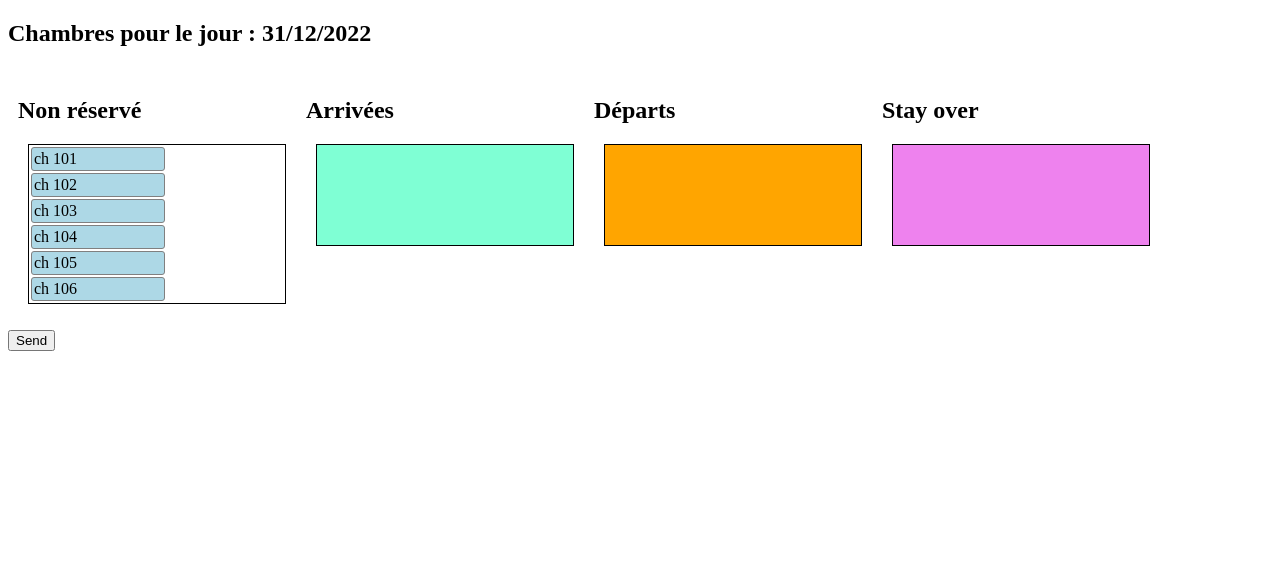
Repository: boschierob/order-app
Page: drag.html
An editor plug-in stored every save of this project. The page is shown before and after the next save, followed by the edit.
The browser window is 1280 px wide. The pictures show the whole page.
Some web libraries are served in a nearby version.

Above is the page before, as saved 2023-01-01 00:40:03.

### drag.html
<!DOCTYPE html>
<html lang="en">

<head>
  <meta charset="UTF-8">
  <meta http-equiv="X-UA-Compatible" content="IE=edge">
  <meta name="viewport" content="width=device-width, initial-scale=1.0">
  <link rel="stylesheet" href="http://code.jquery.com/ui/1.9.2/themes/base/jquery-ui.css" />
  <script type="text/javascript" src="http://code.jquery.com/jquery.min.js"></script>
  <script type="text/javascript" src="http://code.jquery.com/ui/1.9.2/jquery-ui.js"></script>
  <script type="text/javascript" src="http://www.pureexample.com/js/lib/jquery.ui.touch-punch.min.js"></script>


  <!-- CSS -->
  <style type="text/css">
    .items-container {
      display: flex;
    }

    .items-container>div {
      margin: 10px;
    }

    .list {
      max-width: 50%;
      background-color: lightblue;
      border: 1px solid gray;
    }

    .items .ui-selected {
      background: red;
      color: white;
      font-weight: bold;
    }

    .items {
      list-style-type: none;
      margin-left: 10px;
      padding: 0;
      width: 20vw;
      border: 1px solid;
      min-height: 100px;
    }

    .g {
      background-color: aquamarine;
    }

    .o {
      background-color: orange;
    }

    .z {
      background-color: violet;
    }

    .items li {
      margin: 2px;
      padding: 2px;
      cursor: pointer;
      border-radius: 3px;
    }



    .highlight {
      border: 2px solid red;
      font-weight: bold;
    }
  </style>

  <title>Document</title>
</head>
<!-- HTML -->

<body>
  <h2 id="date"> Chambres pour le jour : <span id="today"></span></h2>

  <div class="items-container">
    <div>
      <h2>Non réservé</h2>
      <ul id="items1" class="items ">

        <li class="list">ch 101</li>
        <li class="list">ch 102</li>
        <li class="list">ch 103</li>
        <li class="list">ch 104</li>
        <li class="list">ch 105</li>
        <li class="list">ch 106</li>
      </ul>
    </div>

    <div>
      <h2>Arrivées</h2>
      <ul id="items2" class="items g">
      </ul>

    </div>

    <div>
      <h2>Départs</h3>
        <ul id="items3" class="items o">


        </ul>

    </div>

    <div>
      <h2>Stay over</h4>
        <ul id="items4" class="items z">


        </ul>
    </div>
  </div>
  <button onclick="sendData()">Send</button>

  <!-- Javascript -->
<script>
  function sendData(){
    let arrivals = document.getElementById("items2").innerText.split('\n')
    let departures = document.getElementById("items3").innerText.split('\n')
    let so = document.getElementById("items4").innerText.split('\n')
    let data = {
      "arrivals" : arrivals ,
      "departures": departures,
      "so" : so
    }
    fetch('/list', {
  method: 'POST',
  body:JSON.stringify(data),
  headers: {
    'Content-Type': 'application/json'
  }
})
.then(res => res.json())
.then(data => console.log(data));

console.log(JSON.stringify(data))
}

  let ladate = new Date();
  const el = document.querySelector("#today")
  el.innerHTML = ladate.getDate() + "/" + (ladate.getMonth() + 1) + "/" + ladate.getFullYear();

  $(function () {
    $("#items1,#items2,#items3,#items4").sortable({
      connectWith: "#items1,#items2,#items3,#items4",
      start: function (event, ui) {
        ui.item.toggleClass("highlight");
      },
      stop: function (event, ui) {
        ui.item.toggleClass("highlight");
        var element = document.getElementById("items1"); // or any other element
        //console.log(element); // logs the expandable <html>…</html>
        //console.dir(element.innerText); // logs the element’s properties and values
      }
    });
    $("#items1,#items2,#items3,#items4").disableSelection();

  });
</script>
</body>

</html>

After the next save:
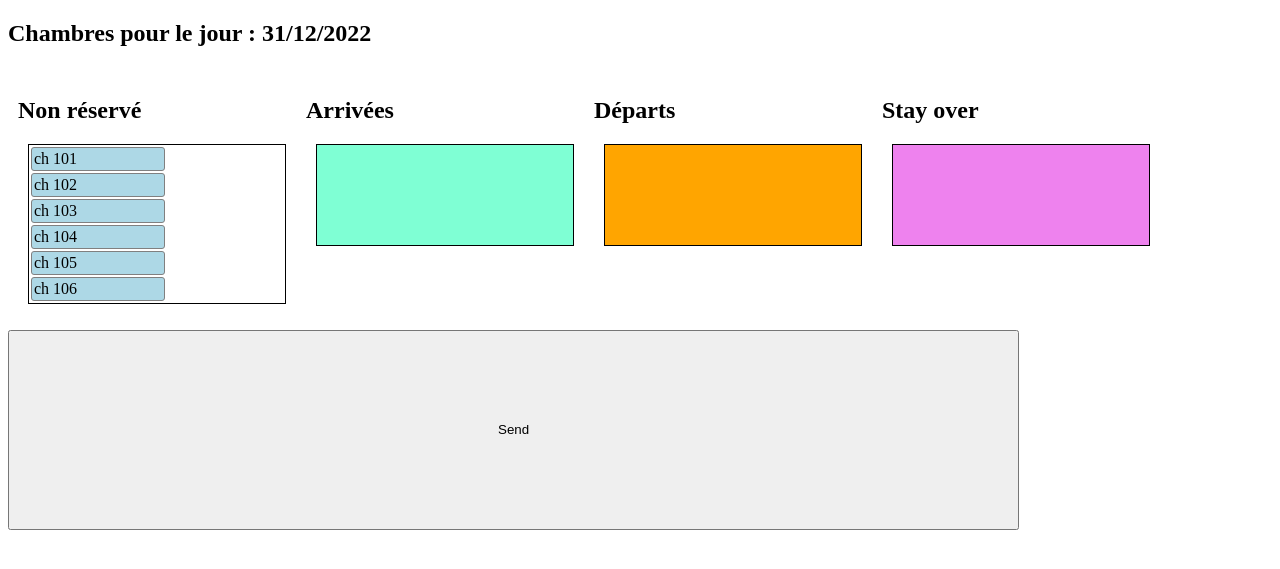
Saved 2 min 41 s later.
--- a/drag.html
+++ b/drag.html
@@ -61,11 +61,13 @@
       border-radius: 3px;
     }
 
-
-
-    .highlight {
+ .highlight {
       border: 2px solid red;
       font-weight: bold;
+    }
+    .btn-large{
+      width:80%;
+      height:200px;
     }
   </style>
 
@@ -114,7 +116,7 @@
         </ul>
     </div>
   </div>
-  <button onclick="sendData()">Send</button>
+  <button class="btn-large" onclick="sendData()">Send</button>
 
   <!-- Javascript -->
 <script>
